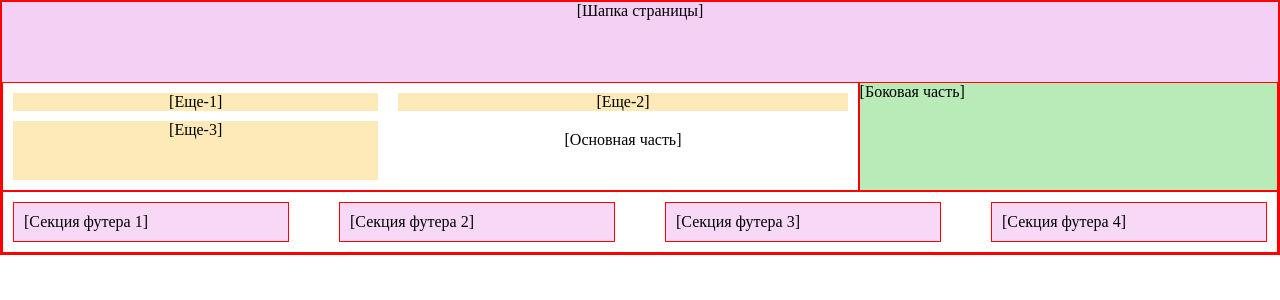
Repository: IrinaGetmanenko/week6
Page: grid.html
An editor plug-in stored every save of this project. The page is shown before and after the next save, followed by the edit.
The browser window is 1280 px wide. The pictures show the whole page.

Above is the page before, as saved 2022-10-22 20:34:39.

After the next save:
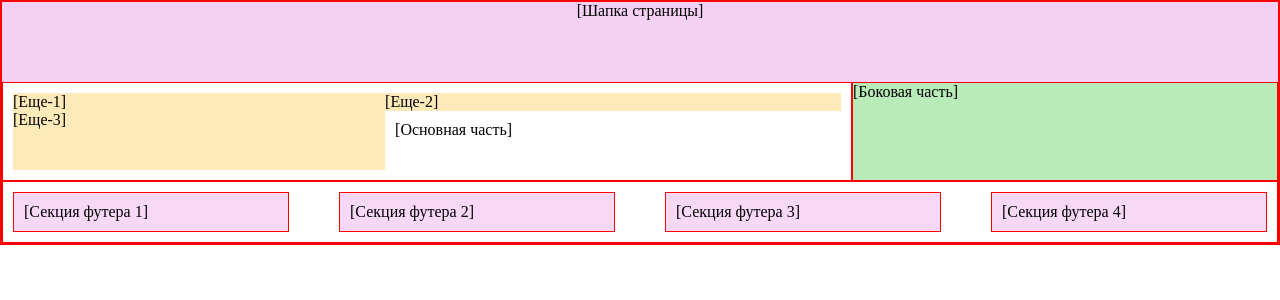
Saved 118 s later.
--- a/grid.html
+++ b/grid.html
@@ -35,7 +35,7 @@
                        "bottom bottom"
 
   background-color: beige;
-  gap: 10px 20px;
+  gap: 10px
   text-align: center;
   padding: 10px;
 

After the save that followed:
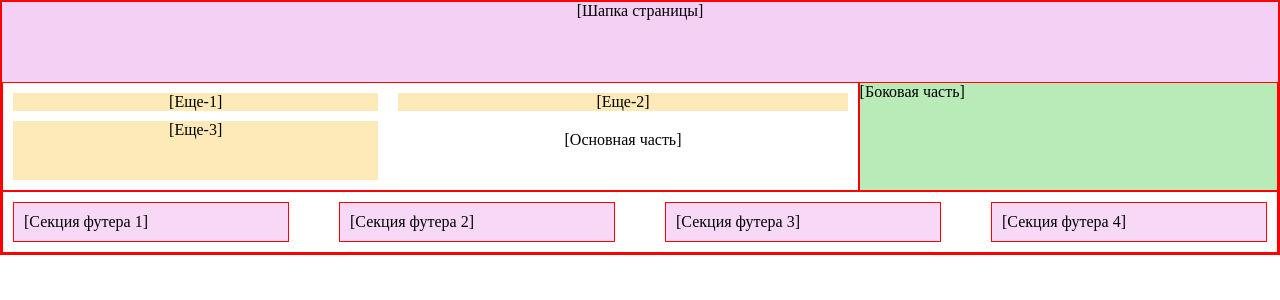
Saved 13 s later.
--- a/grid.html
+++ b/grid.html
@@ -35,7 +35,7 @@
                        "bottom bottom"
 
   background-color: beige;
-  gap: 10px
+  gap: 10px 20px;
   text-align: center;
   padding: 10px;
 
